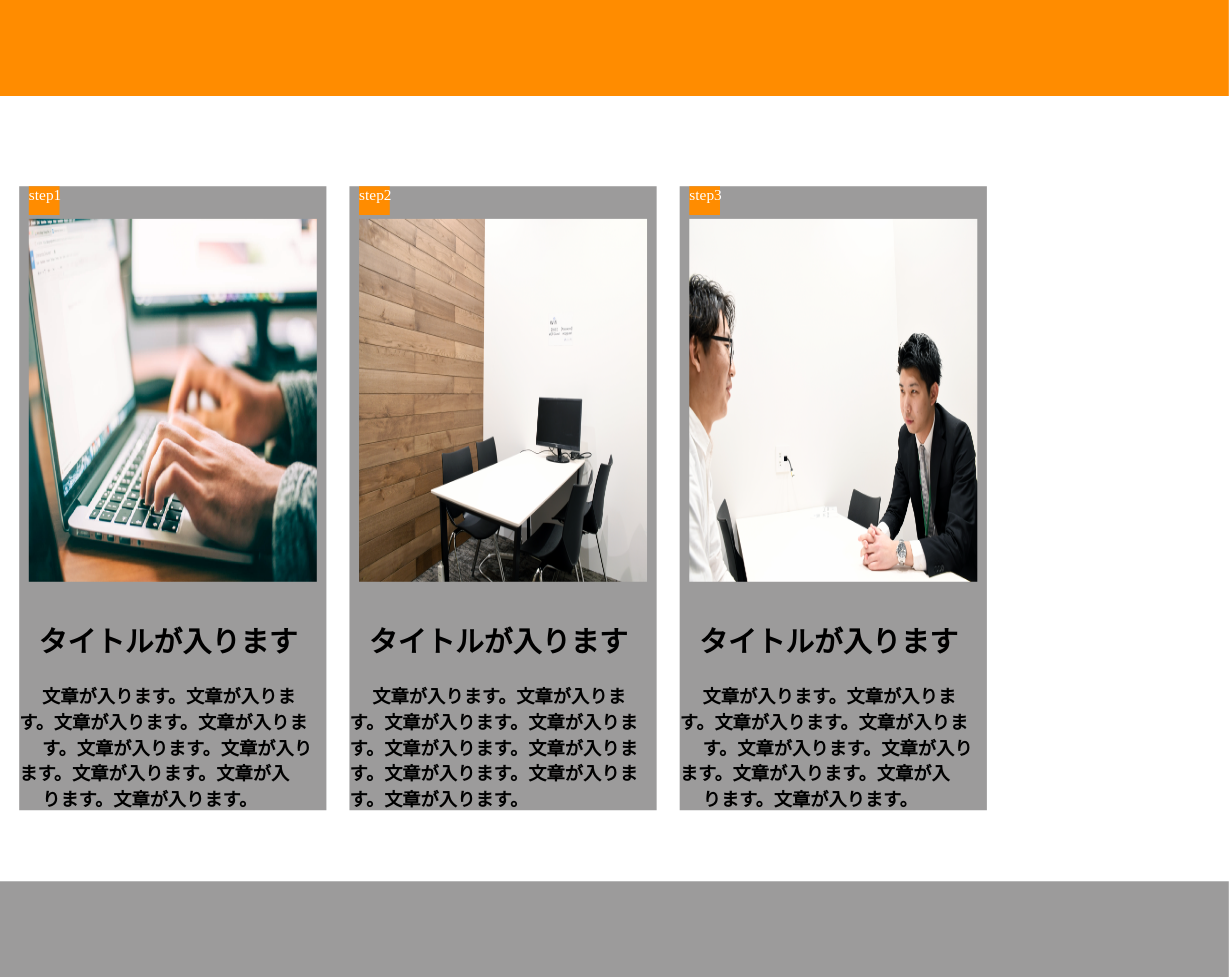
Repository: shiotaryuto/kadai1-10
Page: 課題/1-10.html
The author's editor kept a record of every edit. The page is drawn from the files as they stood at one moment, then again after the next edit.
The browser window is 1280 px wide. The pictures show the whole page, at 96% of full size.
Some web libraries are served in a nearby version.

Above is the page before.

### 課題/1-10.html
<!DOCTYPE html>
<html lang="ja">
  <head>
    <meta charset="UTF-8" />
    <meta name="viewport" content="width=device-width,initial-scale=1.0">
    <script src="https://kit.fontawesome.com/35efbb9d9d.js" crossorigin="anonymous"></script>
    <link rel="stylesheet" href="style.css" />
    <title>課題提出1</title>
  </head>

  <body>
    <header></header>

　<main>
　    <div class="step1">
　      <img class="step1-img" src="img/flow01.png" />
　    <div class="step1-heading">step1</div>
　     <div class="step1-item">
　        <h3 class="step1-text-heading">
　          <p>タイトルが入ります</p><br>
　         文章が入ります。文章が入ります。文章が入ります。文章が入りま
　          す。文章が入ります。文章が入ります。文章が入ります。文章が入
　          ります。文章が入ります。
　          </h2>
　        </h3>
　      </div>
　    </div>

　     <div class="step2">
　      <img class="step2-img" src="img/flow02.png" />
　    <div class="step2-heading">step2</div>
　     <div class="step2-item">
　        <h3 class="step2-text-heading">
　        <p>タイトルが入ります</p><br>
　          文章が入ります。文章が入ります。文章が入ります。文章が入ります。文章が入ります。文章が入ります。文章が入ります。文章が入ります。文章が入ります。
　          </h2>
　        </h3>
　      </div>
　    </div>

　     <div class="step3">
　      <img class="step3-img" src="img/flow03.png" />
　    <div class="step3-heading">step3</div>
　     <div class="step3-item">
　        <h3 class="step3-text-heading">
　        <p>タイトルが入ります</p><br>
　         文章が入ります。文章が入ります。文章が入ります。文章が入りま
　          す。文章が入ります。文章が入ります。文章が入ります。文章が入
　          ります。文章が入ります。
　          </h2>
　        </h3>
　      </div>
　    </div>
　</main>
　<footer></footer>
  </body>

### 課題/style.css
* {
  margin: 0;
  padding: 0;
  box-sizing: border-box;
  color: #6c6b6b;
}

a{
  text-decoration: none;
}

header{
  width: 100%;
  padding: 50px;
  background-color: #ff8c00;
}

main{
  width: 100%;
  margin-top: 50px;
  margin-bottom: 50px;
}

.step1{
  position: relative;
  display: inline-block;
  width: 25%;
  height: 650px;
text-align: center;
padding: 10px;
  background-color: #9c9b9b;
}
.step1-heading{
  position: absolute;
width: 10%;
height: 30px;
top: 0;
  background-color: #ff8c00;
  color: white;
}

.step1-img{
  width: 100%;
  height: 60%;
}

.step1-item{
 width: 100%;
 left: 0;
}

.step1-text-heading{
  position: absolute;
  text-align: left;
  width: 100%;
  top: 65%;
  left: 0;
  font-size: 19px;
  color: black;
}

.step2{
  position: relative;
  display: inline-block;
  width: 25%;
  height: 650px;
  margin-top: 20px;
text-align: center;
padding: 10px;
  background-color: #9c9b9b;
}

.step2-heading{
  position: absolute;
width: 10%;
height: 30px;
top: 0;
  background-color: #ff8c00;
  color: white;
}

.step2-img{
  width: 100%;
  height: 60%;
}

.step2-item{
 width: 100%;
 left: 0;
}

.step2-text-heading{
  position: absolute;
  text-align: left;
  width: 100%;
  top: 65%;
  left: 0;
  font-size: 19px;
  color: black;
}

.step3{
  position: relative;
  display: inline-block;
  width: 25%;
  height: 650px;
  margin-top: 20px;
text-align: center;
padding: 10px;
  background-color: #9c9b9b;
}

.step3-heading{
  position: absolute;
width: 10%;
height: 30px;
top: 0;
  background-color: #ff8c00;
  color: white;

}

.step3-img{
  width: 100%;
  height: 60%;
}


.step3-item{
 width: 100%;
 left: 0;
}

.step3-text-heading{
  position: absolute;
  text-align: left;
  width: 100%;
  top: 65%;
  left: 0;
  font-size: 19px;
  color: black;
}

p{
  font-size: 30px;
  padding-left: 20px;
  color: black;

}
footer{
  width: 100%;
  padding: 50px;
  background-color: #9c9b9b;
}

@media screen and (max-width:768px){
  header{
    width: 100%;
  }

main{
  width: 100%;
}

.step1{
  width: 80%;
  height: 400px;
  margin-left: 7.5%;
}

.step1-text-heading{
  top: 60%;
  font-size: 15px;
}

.step2{
  width: 80%;
  height: 400px;
  margin-left: 10%;
  margin-top: 20px;
}

.step2-text-heading{
  top: 60%;
  font-size: 15px;
}

.step3{
  width: 80%;
  height: 400px;
  margin-left: 10%;
}

.step3-text-heading{
  top: 60%;
  font-size: 15px;
}

footer{
  width: 100%;
}

After the next edit:
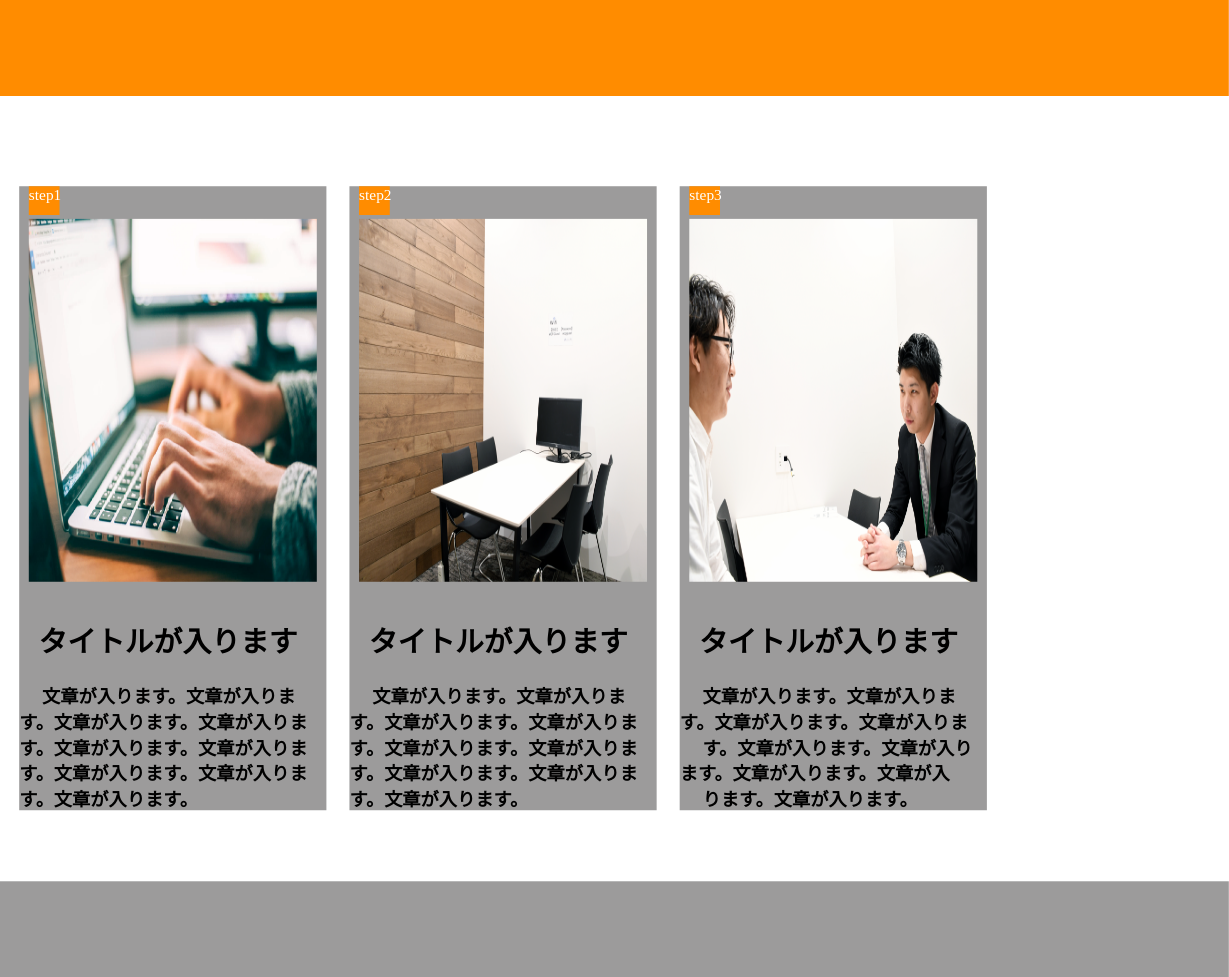
The edit:
--- a/課題/1-10.html
+++ b/課題/1-10.html
@@ -18,9 +18,7 @@
 　     <div class="step1-item">
 　        <h3 class="step1-text-heading">
 　          <p>タイトルが入ります</p><br>
-　         文章が入ります。文章が入ります。文章が入ります。文章が入りま
-　          す。文章が入ります。文章が入ります。文章が入ります。文章が入
-　          ります。文章が入ります。
+　         文章が入ります。文章が入ります。文章が入ります。文章が入ります。文章が入ります。文章が入ります。文章が入ります。文章が入ります。文章が入ります。
 　          </h2>
 　        </h3>
 　      </div>
